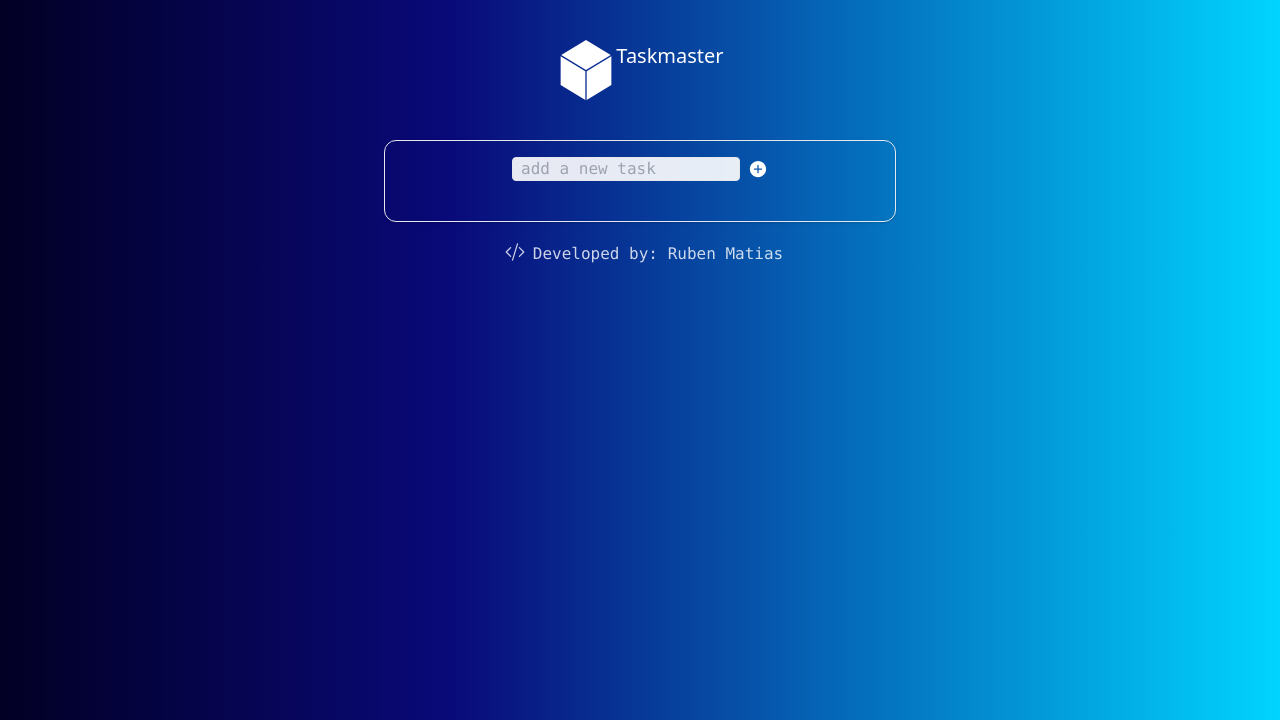
Repository: rubenmatias08/to-do-lbc
Page: / (app in taskmaster/)
These files come from the project's save history. The page is drawn as it stood at one moment and after the next save; the edit follows.
The browser window is 1280 px wide. The pictures show the whole page.
The project was rebuilt for these pictures with package versions that can differ from the ones it lists, and the page was loaded fresh each time. Also part of the build but not shown: taskmaster/vite.config.js.

Above is the page before, as saved 2024-03-27 11:04:29.

After the next save:
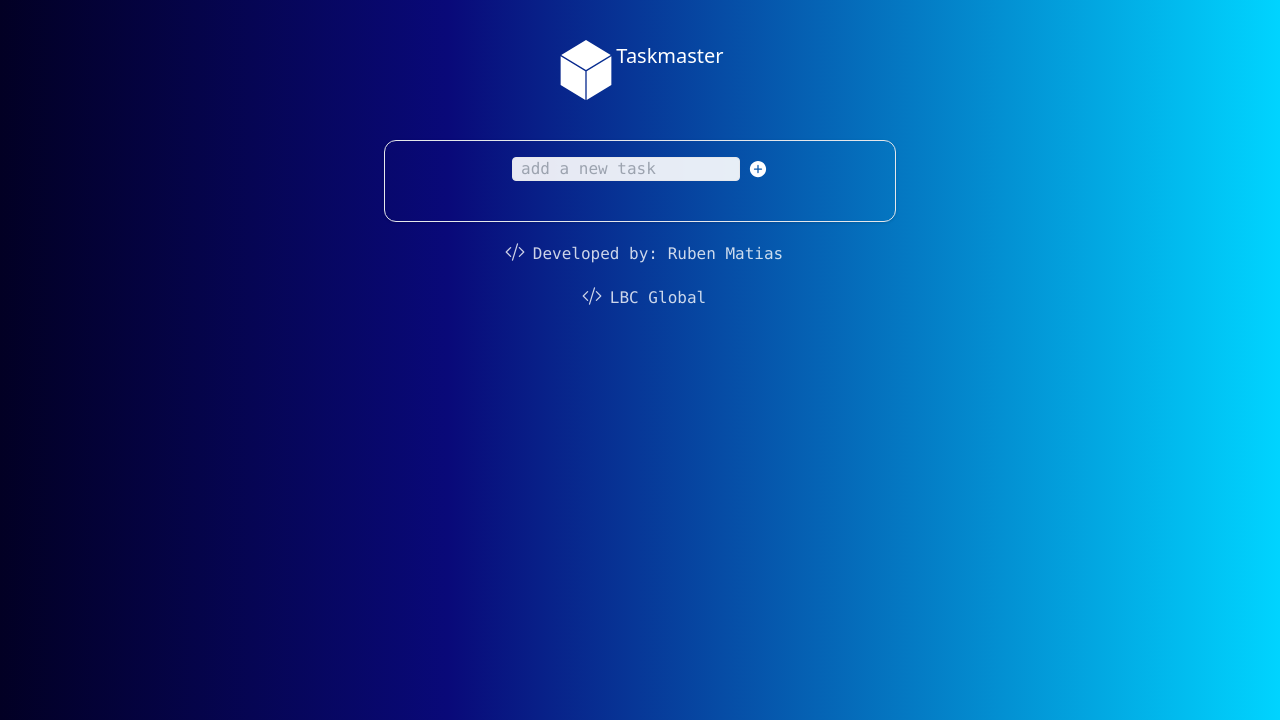
Saved 111 s later.
--- a/taskmaster/src/App.jsx
+++ b/taskmaster/src/App.jsx
@@ -70,7 +70,12 @@ function App() {
     <div>
       <p className="flex justify-center mx-auto mt-5 text-white/80 font-mono">
         <BsCodeSlash size={20} className="mx-2"/>
-        Developed by: Ruben Matias</p>
+        Developed by: Ruben Matias
+      </p>
+      <p className="flex justify-center mx-auto mt-5 text-white/80 font-mono">
+        <BsCodeSlash size={20} className="mx-2"/>
+        LBC Global
+      </p>
     </div>
     </>
   );
